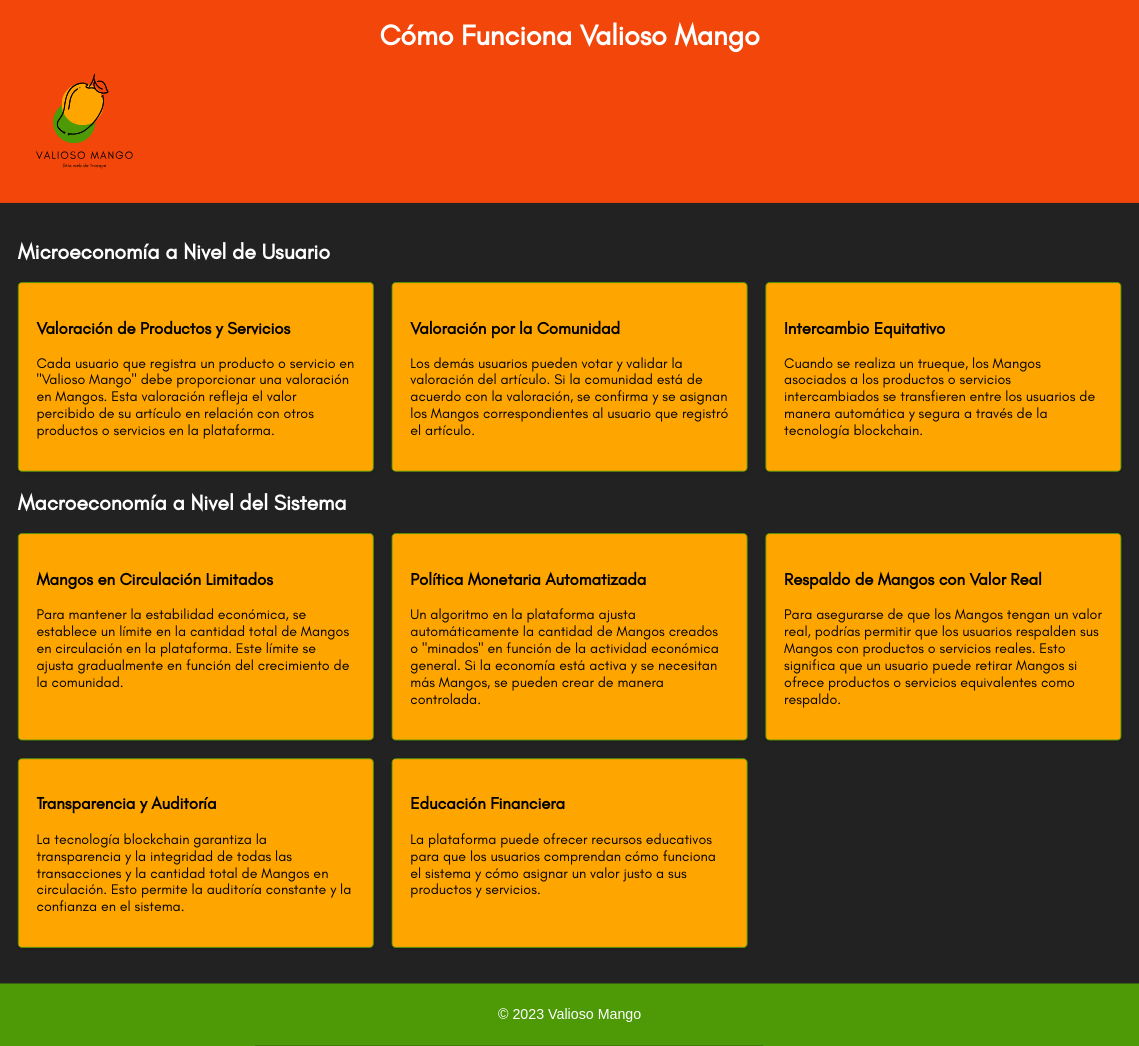
Repository: elba2612/comision23533_grupo20
Page: Pages/ComoFunciona.html
The author's editor kept a copy of each file at every save. The page is drawn from the files as they stood at one save, then again after the next save.
The browser window is 1280 px wide. The pictures show the whole page, at 89% of full size.

Above is the page before, as saved 2023-10-20 12:12:01.

After the next save:
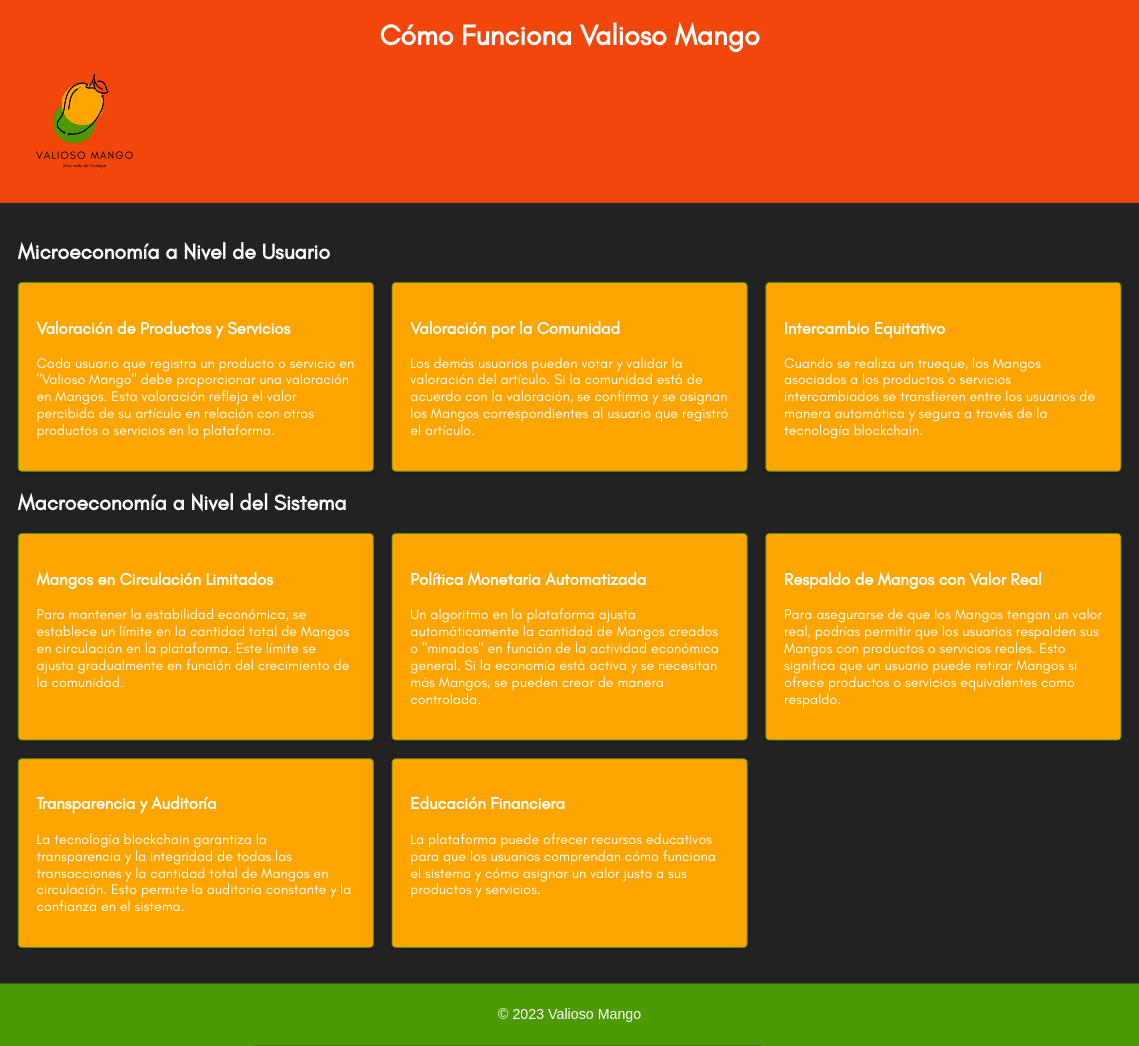
Saved 7 s later.
--- a/Estilos/estiloMango.css
+++ b/Estilos/estiloMango.css
@@ -52,7 +52,7 @@
     border: 1px solid #4D9906;
     border-radius: 5px;
     box-shadow: 0 2px 4px rgba(0, 0, 0, 0.1);
-    color: #000;
+    color
 }
 
 /* Estilos para dispositivos móviles */
